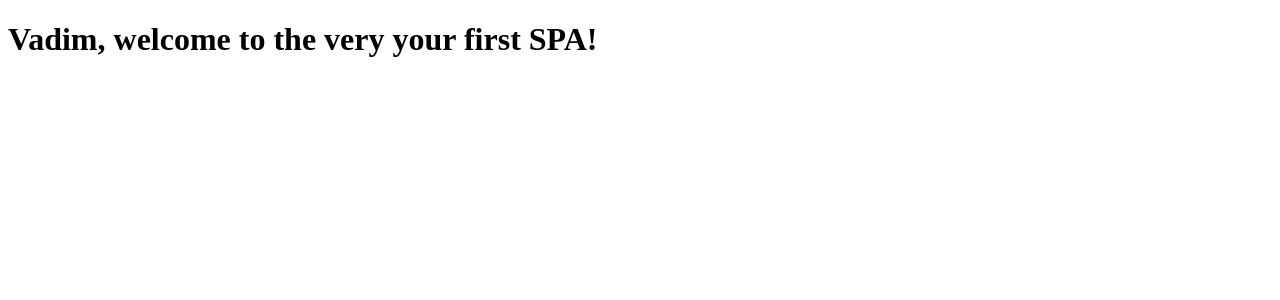
Repository: VadimZubchenko/mySinglePageApp
Page: public/index.html
An editor plug-in stored every save of this project. The page is shown before and after the next save, followed by the edit.
The browser window is 1280 px wide. The pictures show the whole page.

Above is the page before, as saved 2022-04-30 09:49:31.

### public/index.html
<!DOCTYPE html>
<html lang="en">
<head>
  <meta charset="UTF-8">
  <meta http-equiv="X-UA-Compatible" content="IE=edge">
  <meta name="viewport" content="width=device-width, initial-scale=1.0">
  <title>Single-page Application</title>
</head>
<body>
  <h1>Vadim, welcome to the very your first SPA!</h1>
</body>
</html>

After the next save:
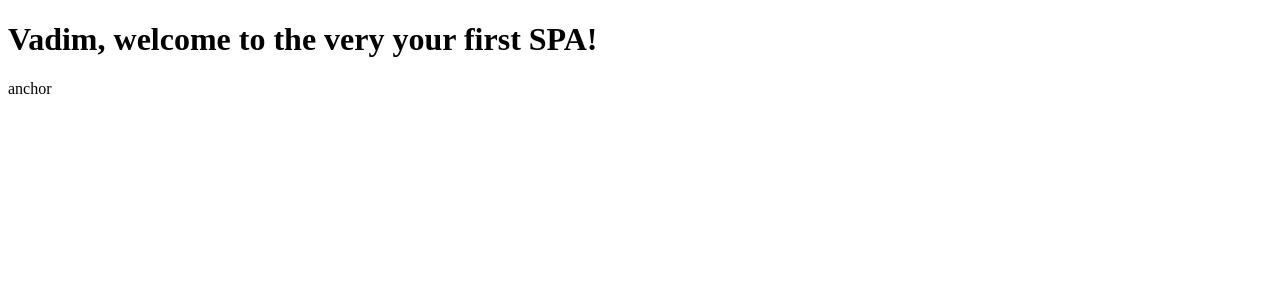
Saved 11 h 21 min later.
--- a/public/index.html
+++ b/public/index.html
@@ -8,5 +8,6 @@
 </head>
 <body>
   <h1>Vadim, welcome to the very your first SPA!</h1>
+  <div>anchor</div>
 </body>
 </html>
